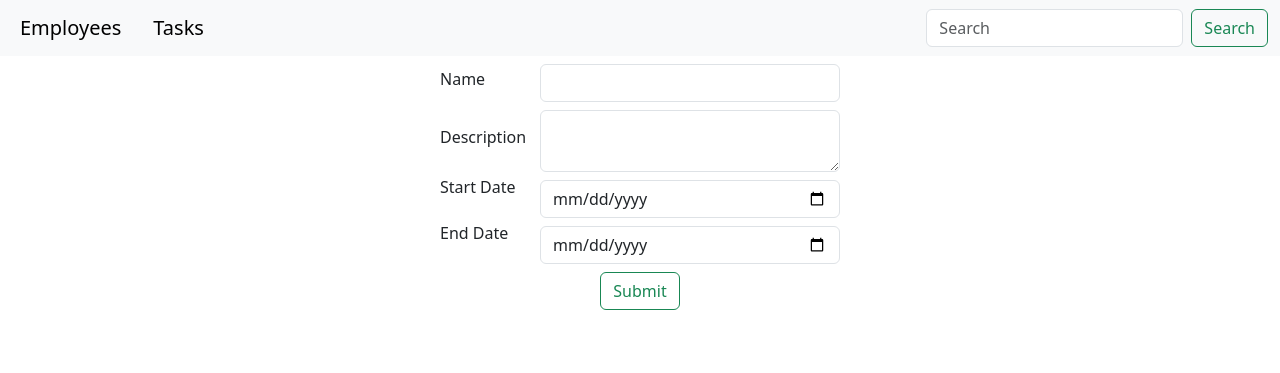
Repository: RaffiBarseghyan/employees
Page: /tasks
These files come from the project's save history. The page is drawn as it stood at one moment and after the next save; the edit follows.
The browser window is 1280 px wide. The pictures show the whole page.
The project was rebuilt for these pictures with package versions that can differ from the ones it lists, and the page was loaded fresh each time. Some packages were replaced by stand-ins written for this rebuild. Also part of the build but not shown: src/App.css, src/Pages/Employees/employees.module.scss, src/Pages/UpDel/upDel.module.scss, src/Pages/UpDel/delete.jsx, src/Pages/Employees/employees.jsx, src/Pages/UpDel/update.jsx.

Above is the page before, as saved 2023-06-15 21:43:02.

After the next save:
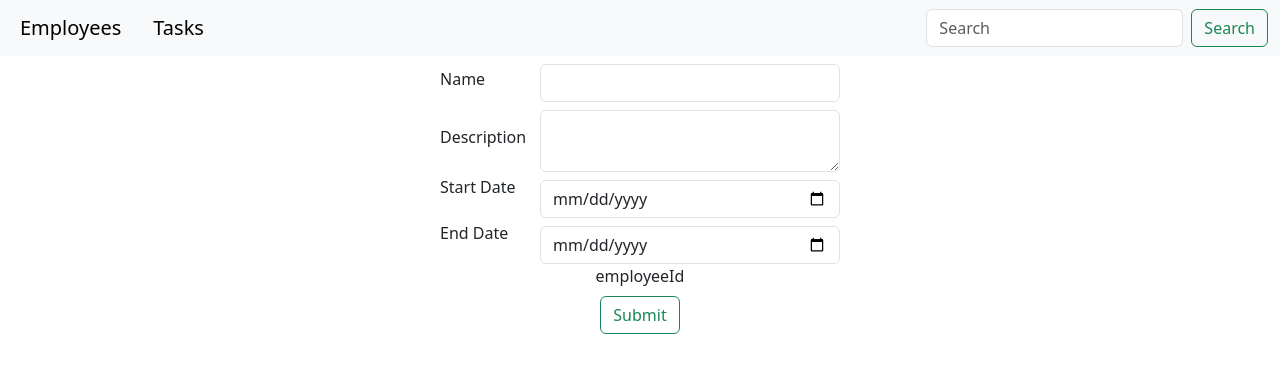
Saved 31 s later.
--- a/src/Pages/Tasks/tasks.jsx
+++ b/src/Pages/Tasks/tasks.jsx
@@ -49,7 +49,7 @@ function Tasks() {
             placeholder="endDate"
           />
         </label>
-
+        employeeId
         <input
           className="btn btn-outline-success mt-2"
           type="submit"
